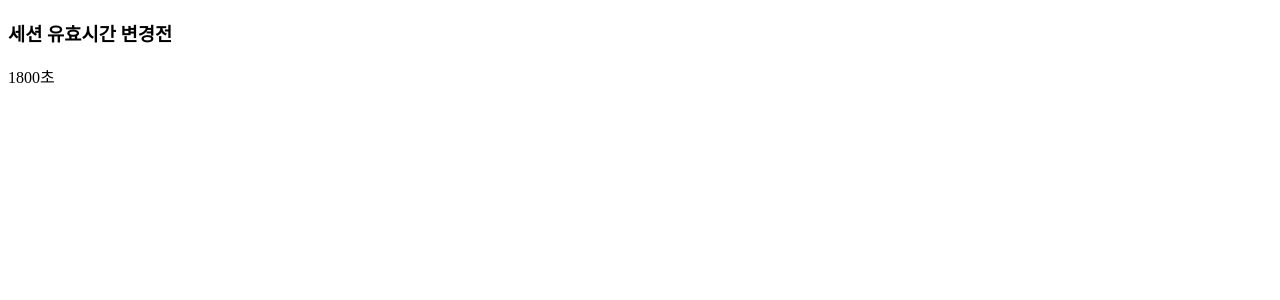
Repository: kiyongee2/space_jspworks
Page: http://localhost/jweb01/session/timeout.jsp
The author's editor kept a copy of each file at every save. The page is drawn from the files as they stood at one save, then again after the next save.
The browser window is 1280 px wide. The pictures show the whole page.
The page is served by Tomcat 10.

Above is the page before, as saved 2025-10-13 02:50:16.

After the next save:
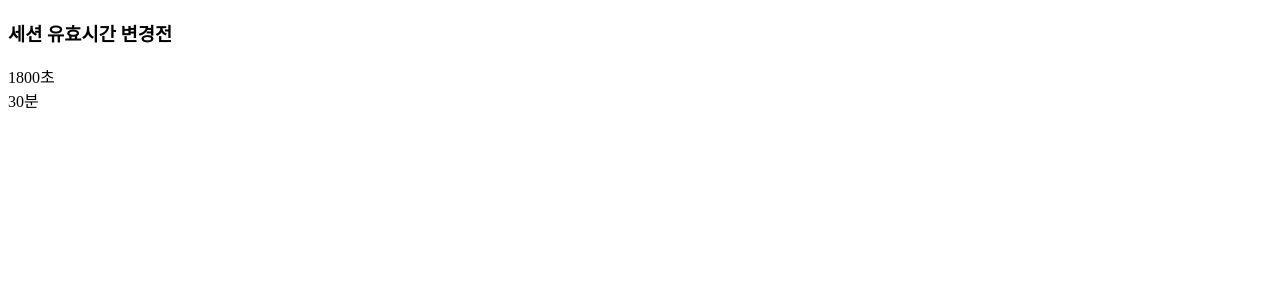
Saved 61 s later.
--- a/jweb01/src/main/webapp/session/timeout.jsp
+++ b/jweb01/src/main/webapp/session/timeout.jsp
@@ -12,6 +12,10 @@
 		// 30*60(초) = 1800초
 		int time = session.getMaxInactiveInterval();
 	    out.println(time + "초<br>");
+
+	    time = time / 60; //초을 분으로 환산
+	    out.println(time + "분<br>");
 	%>
+
 </body>
 </html>
